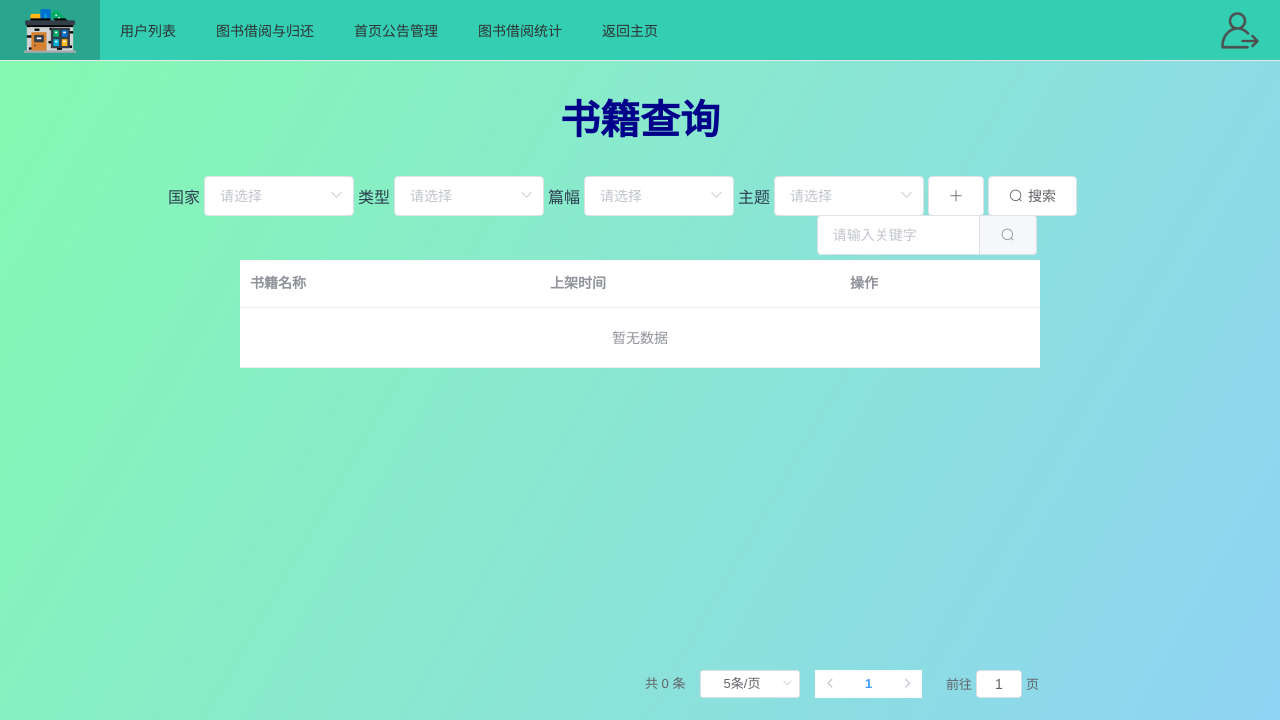
Repository: Akron-xz/helloVue
Page: /#/booksearch (app in vue-library/)
An editor plug-in stored every save of this project. The page is shown before and after the next save, followed by the edit.
The browser window is 1280 px wide. The pictures show the whole page.
The page's requests for data from a server got no answer. The project was rebuilt for these pictures with package versions that can differ from the ones it lists, and the page was loaded fresh each time. No one was signed in, and anything a server would have sent is missing. Also part of the build but not shown: vue-library/src/components/homeNav.vue, vue-library/src/views/Home.vue.

Above is the page before, as saved 2020-11-25 09:31:08.

### vue-library/src/main.js
import Vue from 'vue'
import App from './App.vue'
import ElementUI from 'element-ui';
import 'element-ui/lib/theme-chalk/index.css';
import axios from "axios"
import router from './router'
import Router from 'vue-router'

const routerPush = Router.prototype.push
Router.prototype.push = function push(location) {
    return routerPush.call(this, location).catch(error => error)
}

Vue.config.productionTip = false
Vue.use(ElementUI);
Vue.prototype.$axios = axios;


new Vue({
    router,
    render: h => h(App)
}).$mount('#app')

### vue-library/src/views/BookSearch.vue
<template >
  <div class="search-container">
    <Navigation></Navigation>

    <div v-show="ModifyTableDisplay">
      <div v-show="InsertTableDisplay">
        <h1 class="search-title">书籍查询</h1>
        <div class="choiceBox">
          <table :rules="rules" ref="ruleForm">
            <tr>
              <td>国家</td>
              <td>
                <el-select v-model="couId" placeholder="请选择" style="width: 150px" clearable>
                  <el-option
                    v-for="item in country" :key="item.countryId" :label="item.countryName"
                    :value="item.countryId"
                  ></el-option>
                </el-select>
              </td>
              <td>类型</td>
              <td>
                <el-select v-model="tyId" placeholder="请选择" style="width: 150px" clearable>
                  <el-option
                    v-for="item in type" :key="item.typeId" :label="item.typeName"
                    :value="item.typeId"
                  ></el-option>
                </el-select>
              </td>
              <td>篇幅</td>
              <td>
                <el-select v-model="pagenumber" placeholder="请选择" style="width: 150px" clearable>
                  <el-option
                    v-for="item in pages" :key="item.pageId" :label="item.pageName"
                    :value="item.pageId"
                  ></el-option>
                </el-select>
              </td>
              <td>主题</td>
              <td>
                <el-select v-model="thId" placeholder="请选择" style="width: 150px" clearable>
                  <el-option
                    v-for="item in theme" :key="item.themeId" :label="item.themeName" :value="item.themeId"
                  ></el-option>
                </el-select>
              </td>
              <td>
                <el-button type="" icon="el-icon-plus"  @click="MsgInsert"></el-button>
              </td>
              <td>
                <el-button type="" icon="el-icon-search" @click="selectByLabel">搜索</el-button>
              </td>
            </tr>
          </table>
        </div>

        <div class="searchBox">
          <el-input placeholder="请输入关键字" style="width: 220px" class="input-with-select"
          v-model="key"
          @keyup.enter.native="searchContent">
          <el-button slot="append" icon="el-icon-search" @click="selectByKey"></el-button>
        </el-input>
        </div>

        <div class="table-box">
          <el-table
            :data="lists.slice((page.currentPage - 1) * page.pageSize,
                page.currentPage * page.pageSize)" max-height="240"
            style="width: 100%">

            <el-table-column prop="bookName" label="书籍名称" width="300">
            </el-table-column>
            <el-table-column prop="onTimeStr" label="上架时间" width="300">
            </el-table-column>
            <el-table-column label="操作">
              <template slot-scope="scope">
                <el-button @click="MsgModify(scope.row)" type="primary " class="edit-btn"
                  size="small">编辑</el-button>
                  <el-button @click="bookHistoryOfUser(scope.row)" type="primary " class="edit-btn"
                  size="small">查看</el-button>
              </template>
            </el-table-column>
          </el-table>
        </div>
        <!-- 分页器 -->
        <div class="block">
          <el-pagination
            align="center"
            @size-change="handleSizeChange"
            @current-change="handleCurrentChange"
            :current-page="page.currentPage"
            :page-sizes="[1, 5, 10, 20]"
            :page-size="page.pageSize"
            layout="total, sizes, prev, pager, next, jumper"
            :total="lists.length"
          >
          </el-pagination>
        </div>
      </div>
    </div>
    <!-- 添加书籍弹窗 -->
    <div class="MsgModify-box" v-show="!InsertTableDisplay">
      <table >
        <tr>
          <td></td>
          <td></td>
          <td style="font-size: 25px">书名</td>
          <td>
            <input type="text" v-model="addBookData.bookName" style="width: 210px; height: 35px"
              placeholder="请输入"
            />
          </td>
        </tr>
        <tr>
          <td>国家</td>
          <td>
            <el-select v-model="addBookData.country.countryId" placeholder="请选择" clearable>
              <el-option  v-for="item in country"  :key="item.countryId" :label="item.countryName"
                :value="item.countryId"
              ></el-option>
            </el-select>
          </td>
          <td>类型</td>
          <td>
            <el-select v-model="addBookData.type.typeId" placeholder="请选择" clearable
            >
              <el-option v-for="item in type" :key="item.typeId"  :label="item.typeName"
                :value="item.typeId"
              ></el-option>
            </el-select>
          </td>
          <td>上架数量</td>
          <td>
            <el-input placeholder="上架数量" v-model="addBookData.onNumber">
            </el-input>
          </td>
        </tr>
        <tr>
          <td>篇幅</td>
          <td>
            <el-select v-model="addBookData.pages" placeholder="请选择" clearable>
              <el-option
                v-for="item in pages" :key="item.pageId" :label="item.pageName"
                :value="item.pageId"
              ></el-option>
            </el-select>
          </td>
          <td>主题</td>
          <td>
            <el-select v-model="addBookData.theme.themeId" placeholder="请选择" clearable>
              <el-option
                v-for="item in theme" :key="item.themeId" :label="item.themeName"
                :value="item.themeId"
              >
              </el-option>
            </el-select>
          </td>
          <td>下架数量</td>
          <td>
            <el-input v-model="addBookData.offNumId" ></el-input>
          </td>
        </tr>
        <tr>
          <td>简介:</td>
        </tr>
        <div class="briefBox">
          <textarea name="txt" clos=",50" rows="5" warp="virtual"
            style="width: 780px; height: 100px"
            v-model="addBookData.brief"
          ></textarea>
          <div class="MsgSave-btn">
            <el-button type="primary" @click="MsgSaveI()">保存</el-button>
          </div>
        </div>
      </table>
    </div>
    <!-- 编辑弹窗 -->
    <div class="MsgModify-box" v-show="!ModifyTableDisplay">
      <table>
        <tr>
          <td></td>
          <td></td>
          <td style="font-size: 25px">书名</td>
          <td>
            <input
              type="text"
              v-model="bookData[0].bookName"
              style="width: 210px; height: 35px"
            />
          </td>
        </tr>
        <tr>
          <td>国家</td>
          <td>
            <el-select
              v-model="bookData[0].country.countryId"
              placeholder="请选择"
              clearable
            >
              <el-option
                v-for="item in country" :key="item.countryId" :label="item.countryName"
                :value="item.countryId"
              ></el-option>
            </el-select>
          </td>
          <td>类型</td>
          <td>
            <el-select v-model="bookData[0].type.typeId" placeholder="请选择" clearable>
              <el-option
                v-for="item in type" :key="item.typeId" :label="item.typeName"
                :value="item.typeId"
              ></el-option>
            </el-select>
          </td>
          <td>上架数量</td>
          <td>
           <el-input v-model="bookData[0].onNumber" placeholder="上架数量"></el-input>

          </td>
        </tr>
        <tr>
          <td>篇幅</td>
          <td>
            <el-select v-model="bookData[0].pages" placeholder="请选择" clearable>
              <el-option
                v-for="item in pages" :key="item.pageId" :label="item.pageName"
                :value="item.pageId"
              ></el-option>
            </el-select>
          </td>
          <td>主题</td>
          <td>
            <el-select v-model="bookData[0].theme.themeId" placeholder="请选择" clearable>
              <el-option
                v-for="item in theme"  :key="item.themeId"  :label="item.themeName"
                :value="item.themeId"
              >
              </el-option>
            </el-select>
          </td>
          <td>下架数量</td>
          <td>
           <el-input v-model="bookData[0].offNumber" placeholder="下架数量"></el-input>

          </td>
        </tr>
        <tr>
          <td>简介</td>
        </tr>

      </table>
      <div class="briefBox">
        <textarea name="txt" clos=",50" rows="5" warp="virtual"
          style="width: 780px; height: 100px"
          v-model="bookData[0].brief"
        ></textarea>
        <div class="MsgSave-btn">
          <el-button type="primary" @click="MsgSaveM">保存</el-button>
        </div>
      </div>
    </div>
    <el-dialog title="借阅用户" :visible.sync="bookHistoryIfo"
        :append-to-body="true"
        :modal-append-to-body="false"
        :center="true">
  <el-table :data="borrowLists">
     <el-table-column property="user.name" label="用户名" width="80"></el-table-column>
     <el-table-column property="borrowTimeStr" label="借阅时间" width="150"></el-table-column>
      <el-table-column property="returnTimeStr" label="归还时间" width="150"></el-table-column>
      <el-table-column property="borrowStatesStr" label="状态" width="150">
      </el-table-column>
  </el-table>
</el-dialog>
  </div>
</template>
<script>
import Navigation from "@/components/Nav.vue";
import axios from "axios";
export default {
  components: {
    Navigation,
  },
  methods: {
    // 编辑按钮
    MsgModify(row) {
      this.ModifyTableDisplay = !this.ModifyTableDisplay;
      this.bookData = [row];
      console.log(this.bookName);
      console.log(row);
    },
    //
    bookHistoryOfUser(row){
      this.bookHistoryIfo = !this.bookHistoryIfo
      this.bookData = [row];
      axios({
        method:"get",
        url:"http://localhost:8081/book/borrows",
        params:{
          id:this.bookData[0].bookId
        }
      }).then(res=>{
        console.log(res.data);
        this.borrowLists = res.data;
        // this.borrowLists.userName = res.data.user.name;
        // this.borrowLists.borrowTime = res.data.borrowTimeStr;
        // this.borrowLists.returnTime = res.data.returnTimeStr
        // this.borrowLists.borrowStates = res.data.borrowStates ? "借出" : "归还";
        console.log(this.borrowLists);
      })
      },
    // 保存按钮
    MsgSaveM() {
      axios({
        method:"post",
        url:"http://localhost:8081/book/update/",
        data:{
         bookId:this.bookData[0].bookId,
         bookName:this.bookData[0].bookName,
         country:{
           countryId:this.bookData[0].country.countryId,
         },
         type:{
           typeId:this.bookData[0].type.typeId,
         },
         theme:{
           themeId:this.bookData[0].theme.themeId,
         },
         brief:this.bookData[0].brief,
         onNumber:this.bookData[0].onNumber,
         offNumber:this.bookData[0].offNumber,
         pages:this.bookData[0].pages,
         onTime:this.bookData[0].onTime,
         offTime:this.bookData[0].offTime,
         surplusNumber:(this.bookData[0].onNumber-this.bookData[0].offNumber),
         borrows:this.bookData[0].borrows,

        }
      })
      this.ModifyTableDisplay = !this.ModifyTableDisplay;
    },
    MsgInsert() {
      this.InsertTableDisplay = !this.InsertTableDisplay;
    },
    MsgSaveI() {
      axios({
        method:"post",
        url:"http://localhost:8081/book/add/",
        data:{
        bookName:this.addBookData.bookName,
        country:{
        countryId:this.addBookData.country.countryId,
         },
         type:{
           typeId:this.addBookData.type.typeId,
         },
         theme:{
           themeId:this.addBookData.theme.themeId,
         },
         brief:this.addBookData.brief,
         onNumber:this.addBookData.onNumber,
         pages:this.addBookData.pages,
         offNumber:0,
         surplusNumber:this.addBookData.onNumber
        }
      })
      this.InsertTableDisplay = !this.InsertTableDisplay;
       },


    handleSizeChange(val) {
      console.log(`每页 ${val} 条`);
      this.page.currentPage = 1;
      this.page.pageSize = val;
    },
    handleCurrentChange(val) {
      console.log(`当前页: ${val}`);
      this.page.currentPage = val;
    },
    selectByLabel() {
      axios
        .post(
          "http://localhost:8081/book/list/label",

          {
            countryId: this.couId,
            typeId: this.tyId,
            themeId: this.thId,
            lengthRange: this.pagenumber,
          },
          { emulateJSON: true }
        )
        .then((res) => {
          this.lists = res.data;
          console.log(this.lists);
        })
        .catch((err) => console.log("error...", err));
    },
    selectByKey() {
      axios
        .get("http://localhost:8081/book/list/key", {
          params: {
            key: this.key,
          },
        })
        .then((res) => {
          this.lists = res.data;
          this.key = "";
        })
        .catch((err) => console.log("error...", err));
    },
  },

  data() {
    return {
      couId: "",
      tyId: "",
      thId: "",
      input: "",
      onNumId: "",
      offNumId: "",
      key: "",
      pagenumber: "",
      borrowLists:[
        // {
        //   userName:"",
        //   borrowTime:"",
        //   returnTime:"",
        //   borrowStates:"",
        // }
      ],
      bookData: [
        {
          bookId:0,
          bookName: "1",
          country: {
            countryId: "",
            countryName: "",
          },
          type: {
            typeId: 0,
            typeName: "",
          },
          theme: {
            themeId: 0,
            themeName: "",
          },
          onNumber: 0,
          offNumber:0,
          pages: 0,
          brief: "暂无",
          onTime:"",
          offTime:"",
          surplusNumber:"",
          borrows:""
        },
      ],
      bookName: "",
      bookHistoryIfo:false,
      ModifyTableDisplay: true,
      InsertTableDisplay: true,
      brief: "暂无",
      book_name: "",
      lists: [],
      country: [
        {
          countryId: 0,
          countryName: "",
        },
      ],

      // 类型
      type: [
        {
          typeId: 0,
          typeName: "",
        },
      ],

      // 篇幅

      // 主题

      pages: [
        {
          pageId: 1,
          pageName: "短篇",
        },
        {
          pageId: 2,
          pageName: "中篇",
        },
        {
          pageId: 3,
          pageName: "长篇",
        },
        {
          pageId: 4,
          pageName: "超长篇",
        },
      ],

      theme: [
        {
          themeId: 0,
          themeName: "",
        },
      ],

      onNumber: [
        {
          onNumberId: 0,
          onNumber: 0,
        },
      ],

      offNumber: [
        {
          offNumberId: 0,
          offNumber: 0,
        },
      ],

      page: {
        currentPage: 1, // 当前页码
        total: 20, // 总条数
        pageSize: 5, // 每页的数据条数
      },
      tableData: [
        {
          bookName: "1",
          country: {
            countryId: 0,
            countryName: "",
          },

          type: "3",
          theme: "4",
          brief: "5",
        },
      ],
      addBookData:{
         bookName: "",
          country: {
            countryId: "",
            countryName: "",
          },
          type: {
            typeId: "",
            typeName: "",
          },
          theme: {
            themeId: "",
            themeName: "",
          },
          onNumber: 0,
          offNumber:0,
          pages: "",
          brief: "暂无",
      },
       rules: {
          bookName: [
            { required: true, message: '选择不能为空', trigger: 'change' }
          ],
       }
    };
  },
  created() {
    axios

      .get("http://localhost:8081/book/list", {})
      .then((res) => {
        this.lists = res.data;
      })
      .catch((err) => console.log("error...", err));

    axios.get("http://localhost:8081/country/list").then((res) => {
      this.country = res.data;
    });
    axios.get("http://localhost:8081/type/list").then((res) => {
      this.type = res.data;
    });
    axios.get("http://localhost:8081/theme/list").then((res) => {
      this.theme = res.data;
    });
  },
};
</script>

<style scoped>
.search-container {
  position: fixed;
  left: 0;
  top: 0;
  width: 100%;
  height: 100%;
  background-image: linear-gradient(120deg, #84fab0 0%, #8fd3f4 100%);
}

.choiceBox{
  position: fixed;

  right: 200px;
}
.table-box {
  position: fixed;
  top: 260px;
  left: 50%;
  margin-left: -400px;
  width: 800px;
}
.block {
  position: fixed;
  width: 150px;
  bottom: 20px;
  left: 50%;
}
.search-title {
  font-size: 40px;
  color: darkblue;
}
.MsgModify-box {
  position: fixed;
  top: 200px;
  right: 18%;
}
.briefBox {
  position: fixed;
  top: 335px;
  right: 230px;
}
.searchBox{
  position: fixed;
  top: 215px;
  right: 19%;
}
</style>

### vue-library/src/components/Nav.vue
<template>

     <div class="navigation-bar">
      <el-menu
        class="el-menu-demo"
        mode="horizontal"
        @select="handleSelect"
        background-color="#34CFB3"
        text-color="#303133"
        text-font="15px">

        <el-menu-item>
                <img src="/img/libraryIcon.png" alt="" target="_self" class="libraryIcon">
            </el-menu-item>

        <el-menu-item index="1" @click="toSearchClient">
          <a  target="_self"  >用户列表</a></el-menu-item
        >
        <el-menu-item index="2" @click="toBooks">
          <a  target="_self">图书借阅与归还</a>
        </el-menu-item>

        <el-menu-item index="3" @click="toAnnounce">
          <a  target="_self">首页公告管理</a>
        </el-menu-item>
        <el-menu-item index="4" @click="toStatistics">
          <a  target="_self">图书借阅统计</a></el-menu-item
        >
        <el-menu-item index="5" @click="toMain">
          <a  target="_self">返回主页</a>
        </el-menu-item>

        <el-menu-item index="6" class="exitIcon">
                <img src="/img/logoutIcon.png" alt="" target="_self" class="logoutIcon">
        </el-menu-item>

      </el-menu>

    </div>
</template>

<script>
export default {
    name:"Nav",
    data() {
      return {
        activeIndex: '1'
      }
    },
    methods: {
    handleSelect(key, keyPath) {
      console.log(key, keyPath);
    },
    toMain(){
      this.$router.push({path:'/'});
    },

    toSearchClient(){
      this.$router.push({path:'/newissue'});
    },
    toSearchFile(){
      this.$router.push({path:'/signup'});
    },
    toAnnounce(){
      this.$router.push({path:'/modifyannounce'});
    },
    toBooks(){
      this.$router.push({path:'/booksearch'});
    },
    toStatistics(){
      this.$router.push({path:'/Statistics'});
    },


  },

}
</script>>

<style scoped>
.libraryIcon{
  height: 60px;
  width: 60px;
}

.exitIcon{
  float: right;
}

.logoutIcon{
  height: 40px;
  width: 40px;
}
</style>>

Loaded but not shown: vue-library/public/index.html (common file); vue-library/src/App.vue (common file); vue-library/src/router/index.js (119 lines, source omitted)

After the next save:
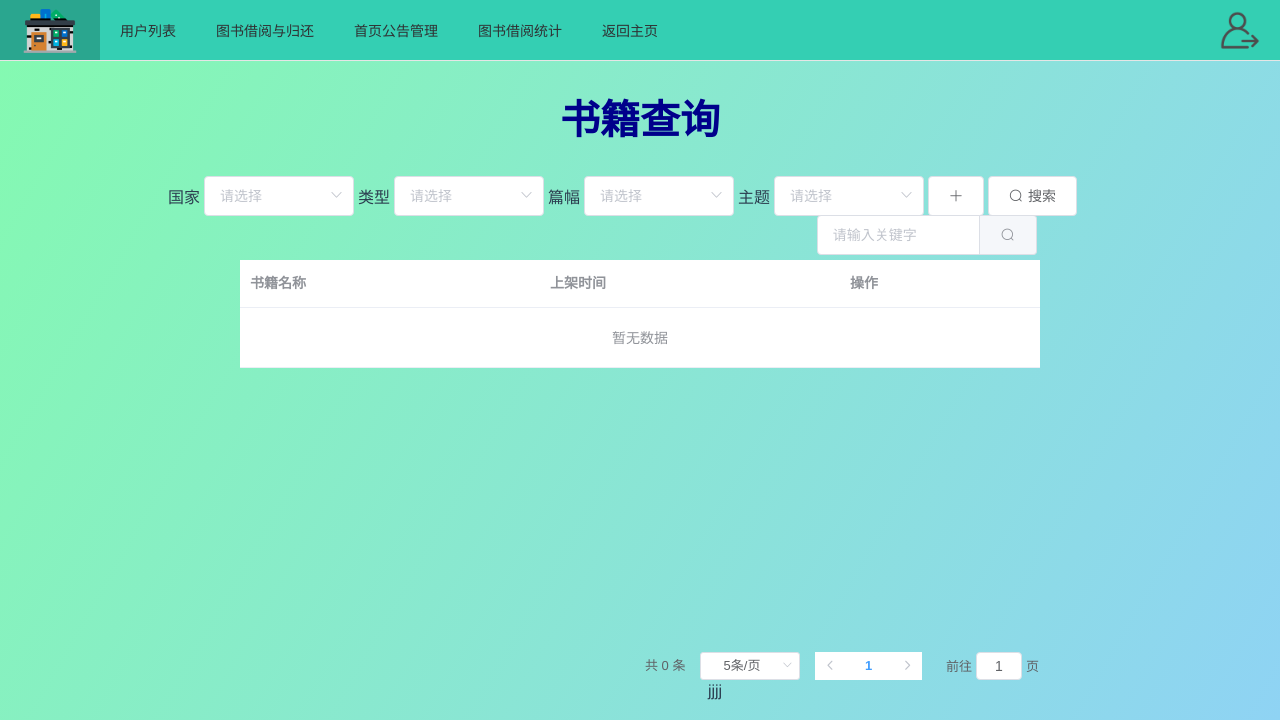
Saved 2 min 15 s later.
--- a/vue-library/src/views/BookSearch.vue
+++ b/vue-library/src/views/BookSearch.vue
@@ -94,6 +94,7 @@
             :total="lists.length"
           >
           </el-pagination>
+          jjjj
         </div>
       </div>
     </div>

After the save that followed:
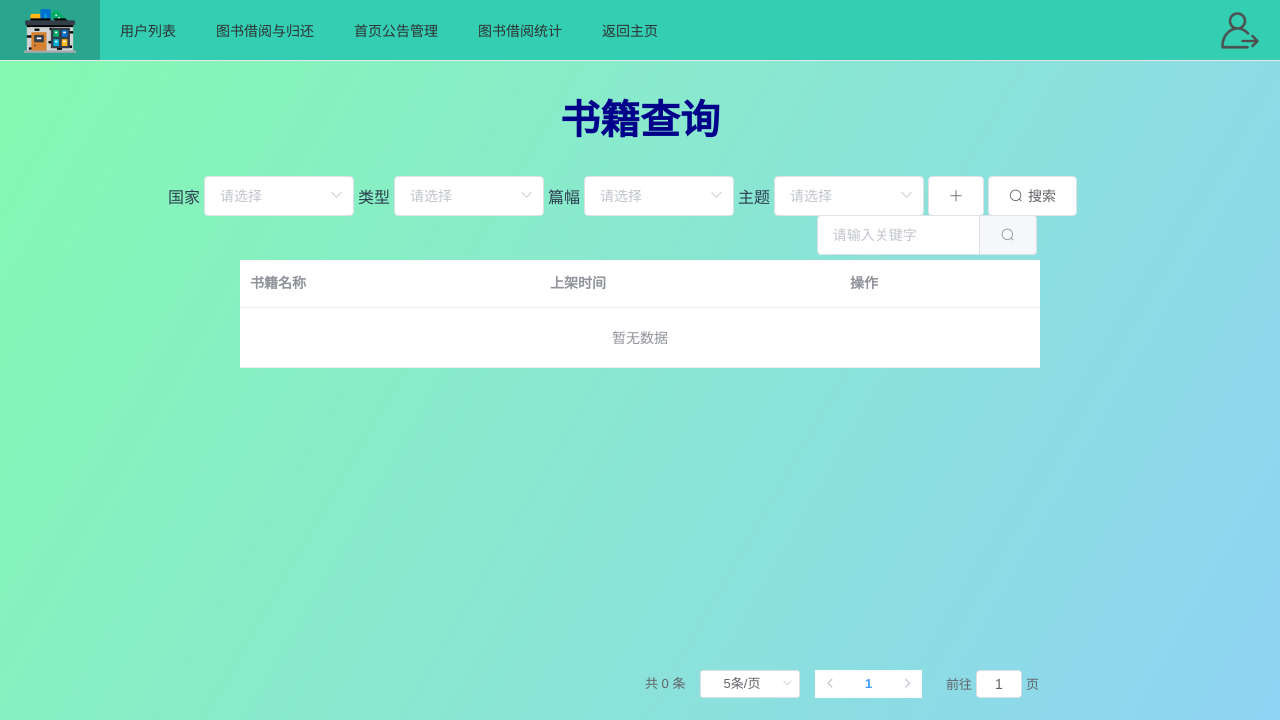
Saved 26 s later.
--- a/vue-library/src/views/BookSearch.vue
+++ b/vue-library/src/views/BookSearch.vue
@@ -92,9 +92,9 @@
             :page-size="page.pageSize"
             layout="total, sizes, prev, pager, next, jumper"
             :total="lists.length"
-          >
+          >kkkkk
           </el-pagination>
-          jjjj
+
         </div>
       </div>
     </div>
